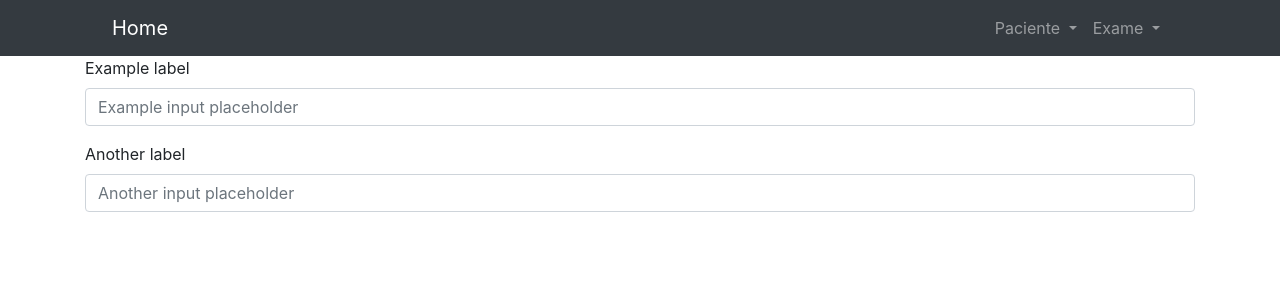
Repository: noobDevPRB/struts2_project
Page: http://localhost/Projeto_SOCTest/
An editor plug-in stored every save of this project. The page is shown before and after the next save, followed by the edit.
The browser window is 1280 px wide. The pictures show the whole page.
The page is served by Tomcat 9. Nobody is signed in. The application's start-up code is not run. Other server files are loaded and not shown.

Above is the page before, as saved 2020-10-17 16:02:45.

### Projeto_SOCTest/WebContent/index.jsp
<%@ page language="java" contentType="text/html; charset=ISO-8859-1" pageEncoding="ISO-8859-1"%>


<!DOCTYPE html>
<html>
<head>
    <!-- Required meta tags -->
    <meta charset="utf-8">
    <meta name="viewport" content="width=device-width, initial-scale=1, shrink-to-fit=no">

    <!-- Bootstrap CSS -->
    <link rel="stylesheet" href="https://stackpath.bootstrapcdn.com/bootstrap/4.4.1/css/bootstrap.min.css">

    <title>Hello, world!</title>
  </head>
  <body>
    <nav class="navbar navbar-expand-lg navbar-dark bg-dark">
	  <a class="navbar-brand pl-5 ml-5" href="http://localhost:8080/Projeto_SOCTest/">Home</a>

	  <div class="collapse navbar-collapse" id="navbarSupportedContent">
	    <ul class="navbar-nav ml-auto pr-5 mr-5">
	      <li class="nav-item dropdown">
	        <a class="nav-link dropdown-toggle" href="#" id="navbarDropdown" role="button" data-toggle="dropdown" aria-haspopup="true" aria-expanded="false">
	          Paciente
	        </a>
	        <div class="dropdown-menu" aria-labelledby="navbarDropdown">
	          <a class="dropdown-item" href="http://localhost:8080/Projeto_SOCTest/cadastrarPaciente">Cadastro</a>
	          <a class="dropdown-item" href="http://localhost:8080/Projeto_SOCTest/listarPaciente">Listagem</a>
	        </div>
	      </li>
	      <li class="nav-item dropdown">
	        <a class="nav-link dropdown-toggle" href="#" id="navbarDropdown" role="button" data-toggle="dropdown" aria-haspopup="true" aria-expanded="false">
	          Exame
	        </a>
	        <div class="dropdown-menu" aria-labelledby="navbarDropdown">
	          <a class="dropdown-item" href="http://localhost:8080/Projeto_SOCTest/cadastrarExames">Cadastro</a>
	          <a class="dropdown-item" href="http://localhost:8080/Projeto_SOCTest/listarExames">Listagem</a>
	        </div>
	      </li>
	    </ul>
	  </div>
	</nav>

	<div class="container">
	  <div class="row">
	    <div class="col-sm">
	     	<form>
			  <div class="form-group">
			    <label for="formGroupExampleInput">Example label</label>
			    <input type="text" class="form-control" id="formGroupExampleInput" placeholder="Example input placeholder">
			  </div>
			  <div class="form-group">
			    <label for="formGroupExampleInput2">Another label</label>
			    <input type="text" class="form-control" id="formGroupExampleInput2" placeholder="Another input placeholder">
			  </div>
			</form>
	    </div>
	  </div>
	</div>

    <!-- Optional JavaScript -->
    <!-- jQuery first, then Popper.js, then Bootstrap JS -->
    <script src="https://code.jquery.com/jquery-3.4.1.slim.min.js"></script>
    <script src="https://cdn.jsdelivr.net/npm/popper.js@1.16.0/dist/umd/popper.min.js"></script>
    <script src="https://stackpath.bootstrapcdn.com/bootstrap/4.4.1/js/bootstrap.min.js"></script>
  </body>
</html>

After the next save:
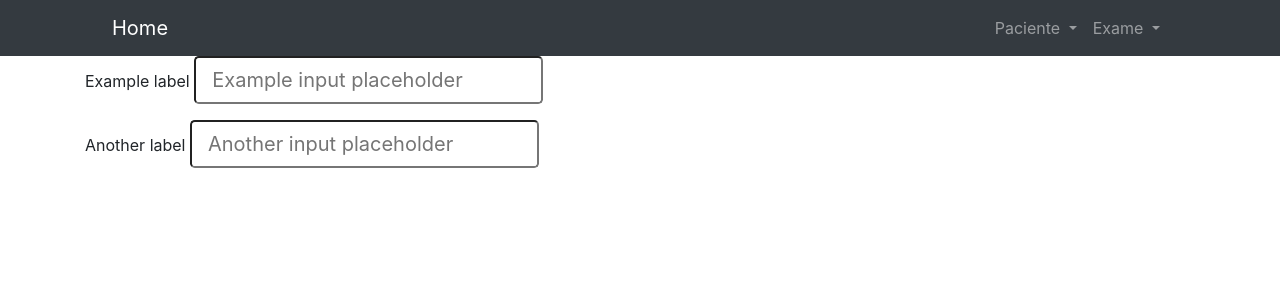
Saved 9 min 29 s later.
--- a/Projeto_SOCTest/WebContent/index.jsp
+++ b/Projeto_SOCTest/WebContent/index.jsp
@@ -47,11 +47,11 @@
 	     	<form>
 			  <div class="form-group">
 			    <label for="formGroupExampleInput">Example label</label>
-			    <input type="text" class="form-control" id="formGroupExampleInput" placeholder="Example input placeholder">
+			    <input type="text" class="form-control-lg" id="formGroupExampleInput" placeholder="Example input placeholder">
 			  </div>
 			  <div class="form-group">
 			    <label for="formGroupExampleInput2">Another label</label>
-			    <input type="text" class="form-control" id="formGroupExampleInput2" placeholder="Another input placeholder">
+			    <input type="text" class="form-control-lg" id="formGroupExampleInput2" placeholder="Another input placeholder">
 			  </div>
 			</form>
 	    </div>
